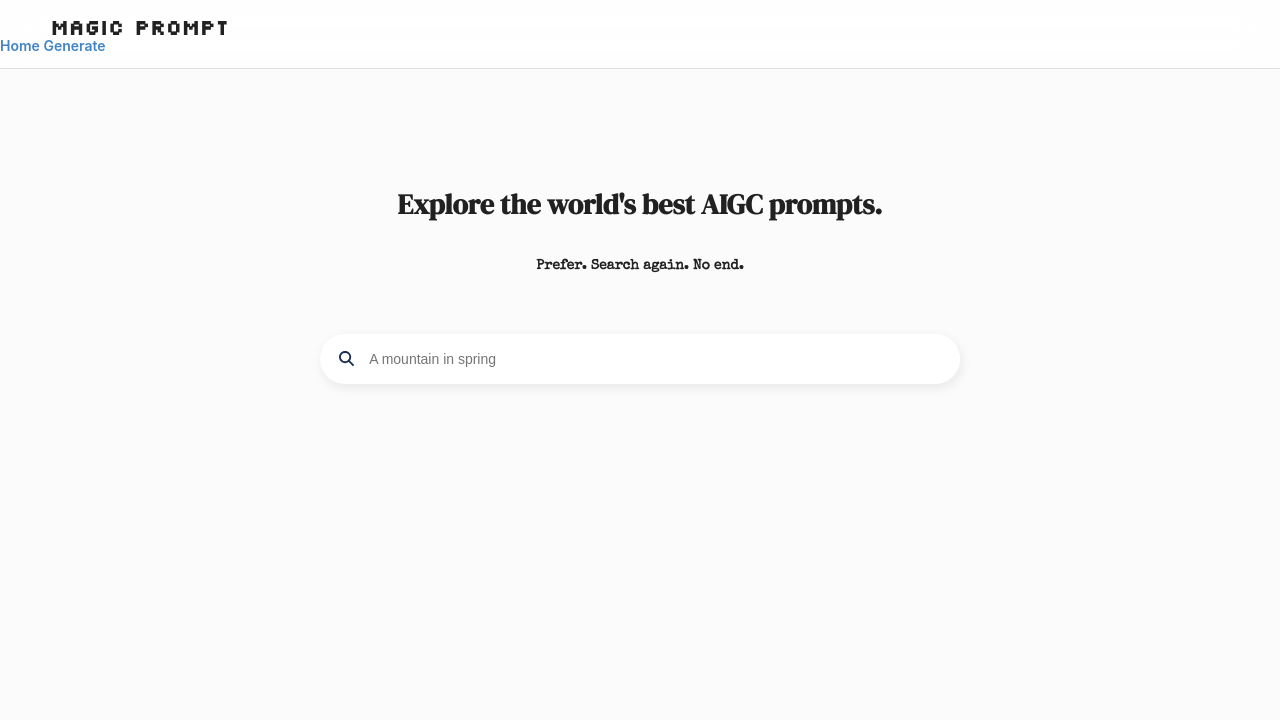
Repository: GOK-656/MagicPrompt
Page: templates/index.html
An editor plug-in stored every save of this project. The page is shown before and after a run of saves, followed by the edit.
The browser window is 1280 px wide. The pictures show the whole page.
Some web libraries are served in a nearby version. The template is drawn by Flask 3. The application's start-up code is not run. The template is opened directly, without the code that normally fills it, so the values that code supplies are empty.

Above is the page before, as saved 2024-02-24 14:16:33.

After the next 2 saves:
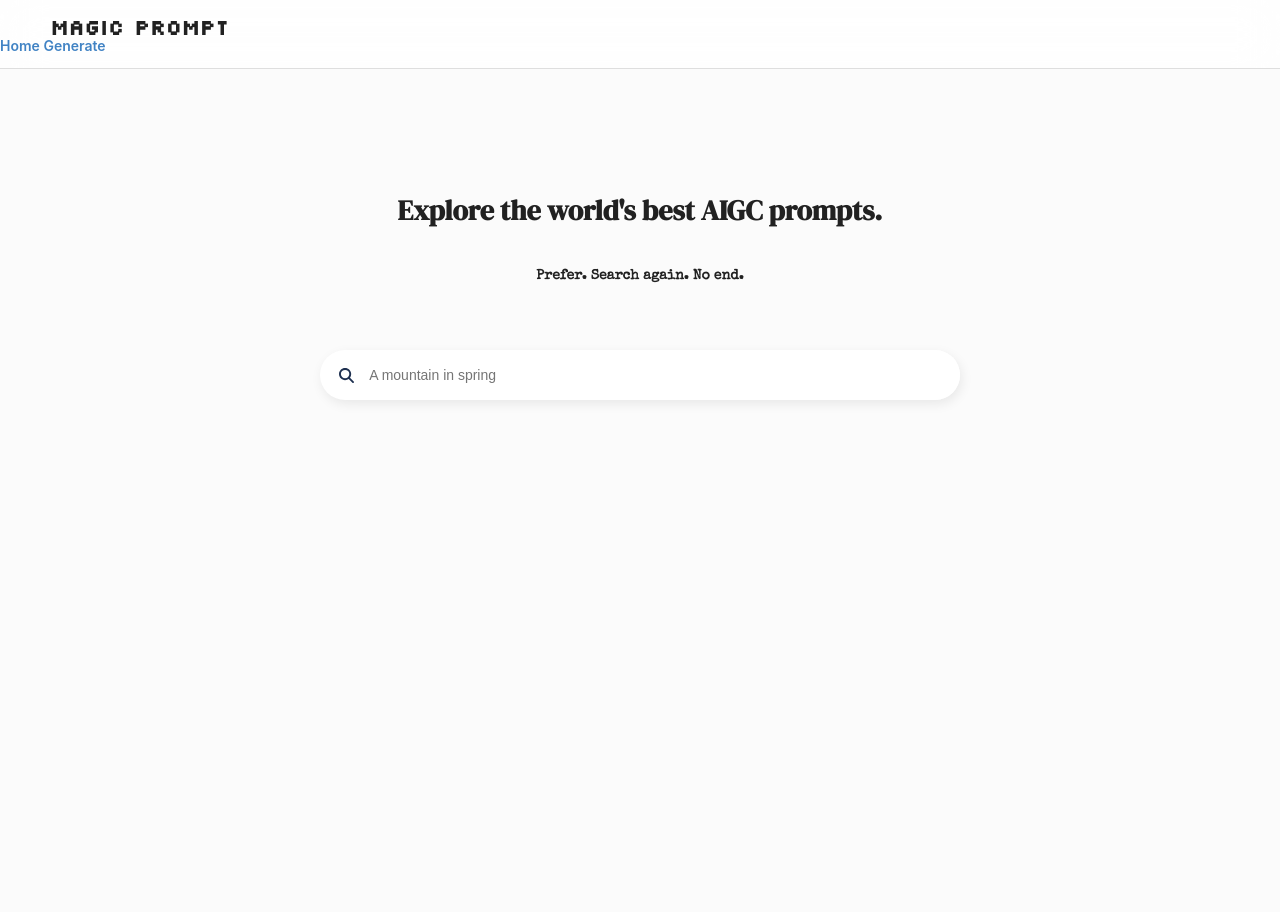
The 2 saves are shown as one change because they came seconds apart.
The last was saved 6 s later.
--- a/static/css/style_search.css
+++ b/static/css/style_search.css
@@ -22,7 +22,7 @@
     border-bottom: rgb(222, 222, 222) 1px solid;
 }
 
-
+nav a
 
 main{
     padding: 1% 5%;

After the 3 saves that followed:
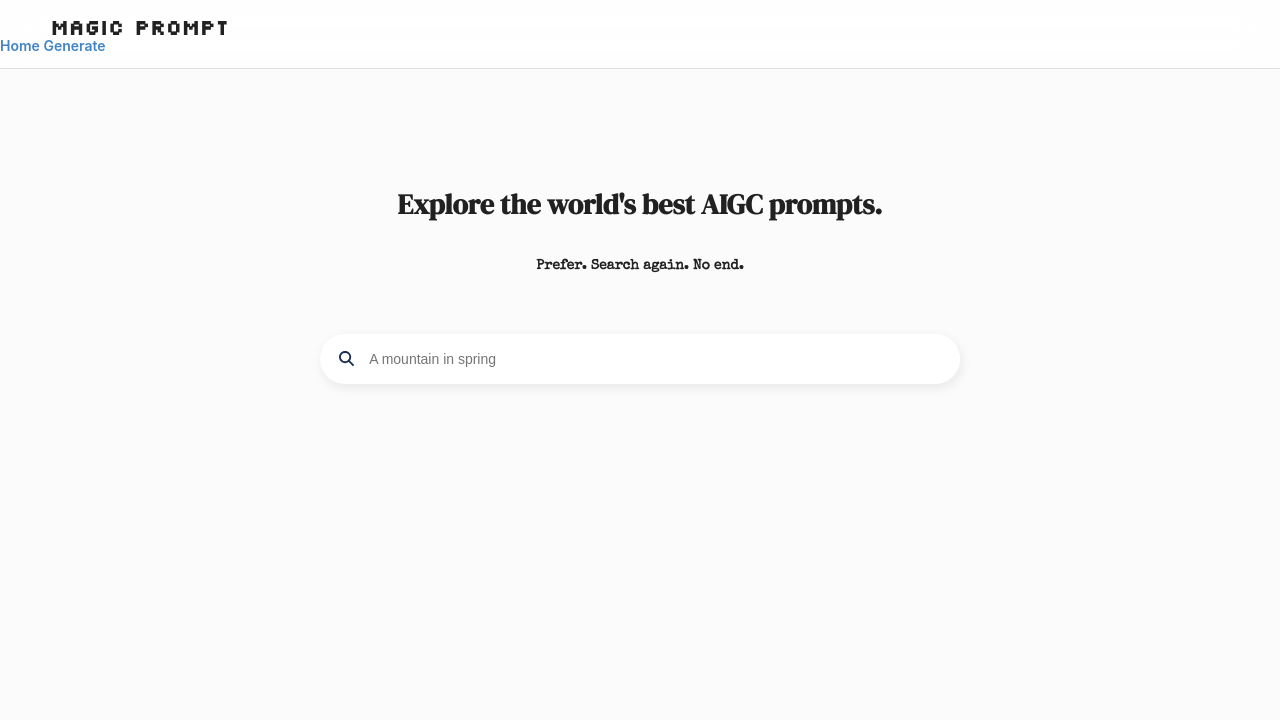
The 3 saves are shown as one change because they came seconds apart.
The last was saved 53 s later.
--- a/static/css/style_search.css
+++ b/static/css/style_search.css
@@ -22,7 +22,9 @@
     border-bottom: rgb(222, 222, 222) 1px solid;
 }
 
-nav a
+nav > a{
+
+}
 
 main{
     padding: 1% 5%;
